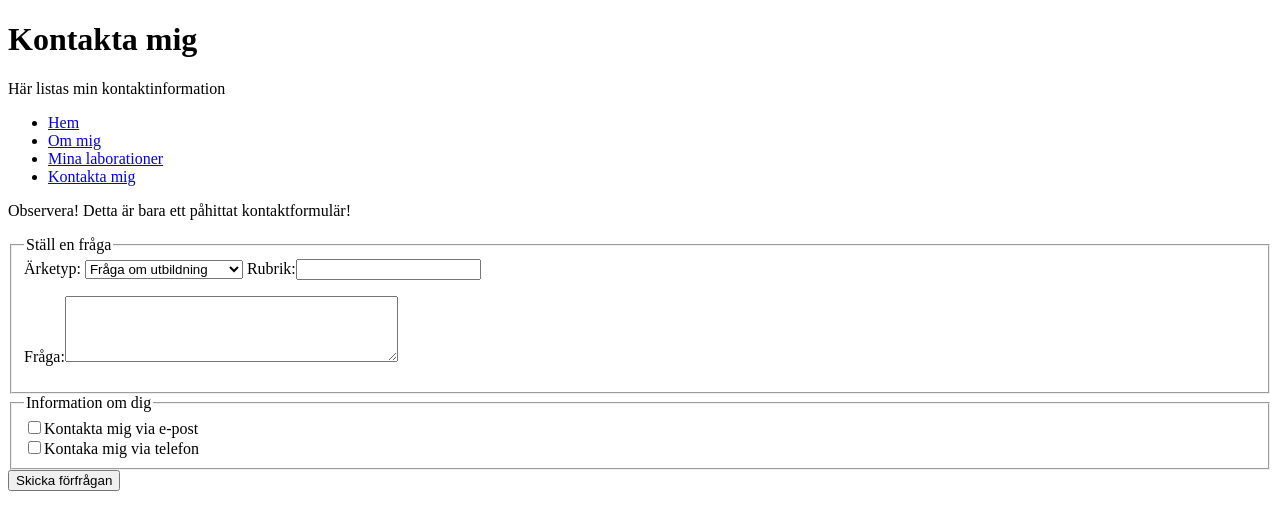
Repository: Holmewi/1ik415-jh222qr-laborationer
Page: pages/kontakt.html
The author's editor kept a record of every edit. The page is drawn from the files as they stood at one moment, then again after the next edit.
The browser window is 1280 px wide. The pictures show the whole page.

Above is the page before.

### pages/kontakt.html
<!DOCTYPE HTML>
<html>
    <head>
        <meta charset="utf-8">
        <title>Kontakta mig - Här listas min kontaktinformation</title>
    </head>
    <body>
        <h1>Kontakta mig</h1>
        <p>Här listas min kontaktinformation</p>

        <div>
            <ul>
                <li><a href="../index.html">Hem</a></li>
                <li><a href="presentation.html">Om mig</a></li>
                <li><a href="laborationer.html">Mina laborationer</a></li>
                <li><a href="kontakt.html">Kontakta mig</a></li>
            </ul>
        </div>

        <p>Observera! Detta är bara ett påhittat kontaktformulär!</p>

        <form id="input" action="http://voyager.lnu.se/tekinet/kurser/dtt/wp_webbintro/form.php" method="post">
            <fieldset>
                <legend>Ställ en fråga</legend>

                Ärketyp:
                <select>
                    <option value="utbildning">Fråga om utbildning</option>
                    <option value="kurs">Fråga om kurs</option>
                    <option value="hyra">Fråga om anställning</option>
                    <option value="webbplatsen">Fråga om webbplatsen</option>
                    <option value="privat">Ställ en privat fråga</option>
                </select>

                Rubrik:<input type="text" id="header"/>

                <p>Fråga:<textarea id="question" rows="4" cols="39"></textarea></p>
            </fieldset>
            <fieldset>
                <legend>Information om dig</legend>
                <input type="checkbox" id="e-post"/>Kontakta mig via e-post<br>
                <input type="checkbox" id="telefon"/>Kontaka mig via telefon<br>
            </fieldset>
            <input type="Submit" value="Skicka förfrågan">
        </form>


    </body>
</html>

After the next edit:
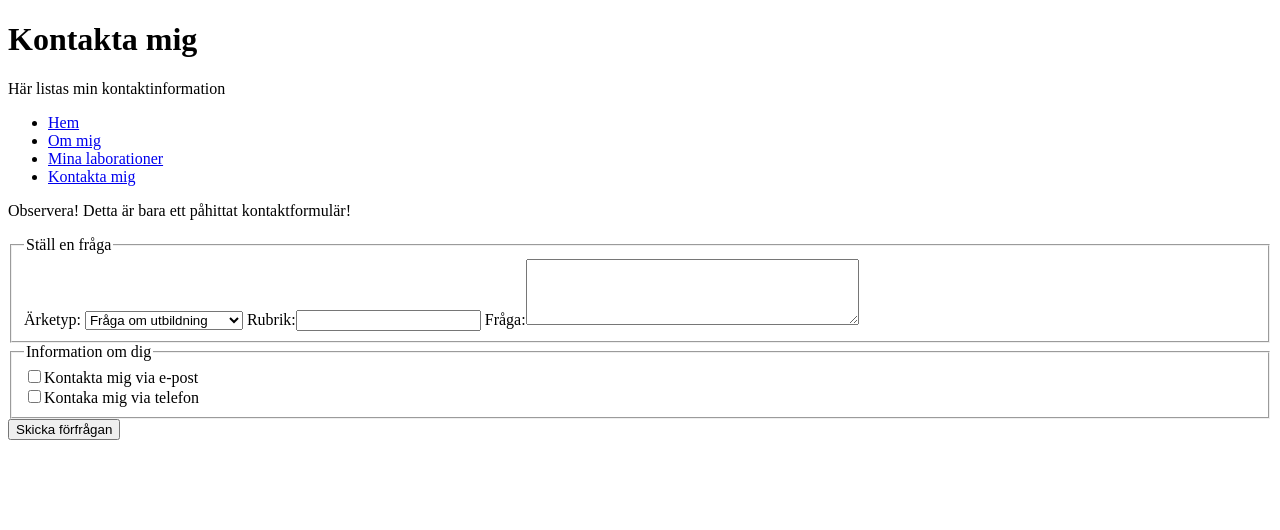
The edit:
--- a/pages/kontakt.html
+++ b/pages/kontakt.html
@@ -34,7 +34,7 @@
 
                 Rubrik:<input type="text" id="header"/>
 
-                <p>Fråga:<textarea id="question" rows="4" cols="39"></textarea></p>
+                Fråga:<textarea id="question" rows="4" cols="39"></textarea>
             </fieldset>
             <fieldset>
                 <legend>Information om dig</legend>
